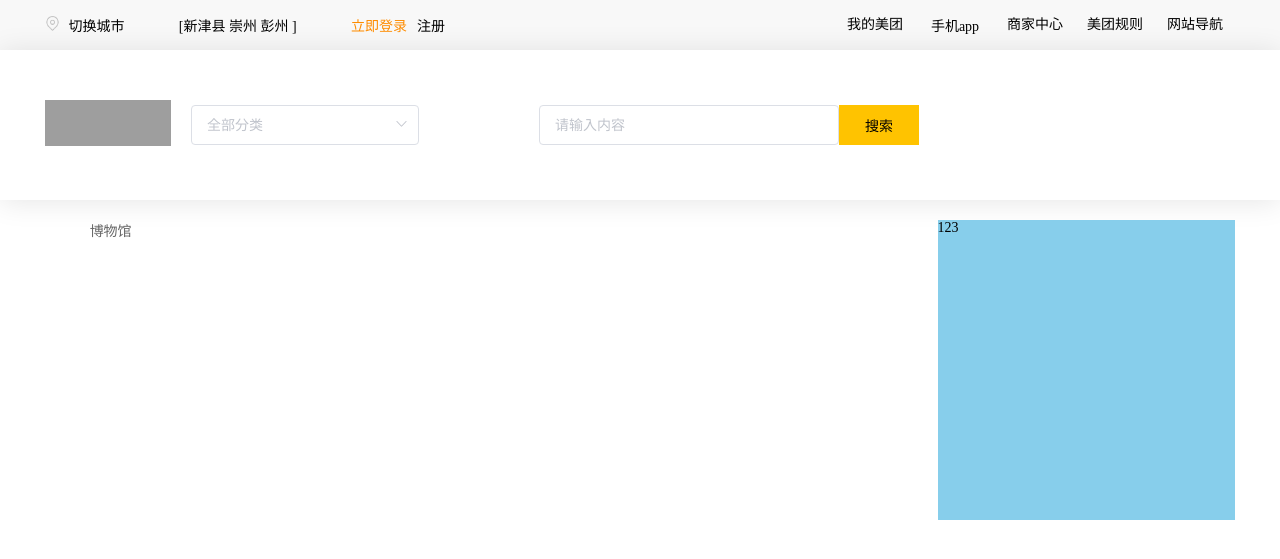
Repository: jinggegeZ/-
Page: /detail
An editor plug-in stored every save of this project. The page is shown before and after the next save, followed by the edit.
The browser window is 1280 px wide. The pictures show the whole page.
Pictures or frames that could not be fetched are drawn as grey boxes. The page's requests for data from a server got no answer. The project was rebuilt for these pictures with package versions that can differ from the ones it lists, and the page was loaded fresh each time. No one was signed in, and anything a server would have sent is missing. Also part of the build but not shown: vue.config.js, src/components/Navigation/Navigation.vue, src/components/navbox/navbox.vue, src/components/Sty/Sty.vue, src/views/Home.vue.

Above is the page before, as saved 2020-08-24 16:21:07.

### public/index.html
<!DOCTYPE html>
<html lang="en">
  <head>
    <meta charset="utf-8">
    <meta http-equiv="X-UA-Compatible" content="IE=edge">
    <meta name="viewport" content="width=device-width,initial-scale=1.0">
    <link rel="icon" href="<%= BASE_URL %>favicon.ico">
    <title><%= htmlWebpackPlugin.options.title %></title>
  </head>
  <body>
    <script src="//at.alicdn.com/t/font_2017422_ck56kzje6p4.js"></script>
    <noscript>
      <strong>We're sorry but <%= htmlWebpackPlugin.options.title %> doesn't work properly without JavaScript enabled. Please enable it to continue.</strong>
    </noscript>
    <div id="app"></div>
    <!-- built files will be auto injected -->
  </body>
</html>

### src/App.vue
<template>
  <div id="app">
    <router-view/>
  </div>
</template>

<style lang="scss">
@import '../src/style/style';
</style>

### src/views/detail/detail.vue
<template>
  <div>
    <!-- 头部组件 -->
    <top></top>
    <!-- 详情头部信息包含美团及搜索部分 -->
    <div class="topboxdetail">
      <div class="top">

        <div class="detail-topbox">
          <!-- 美团详情 -->
          <div class="detail-topbox-left">
            <div>
              <img
                class="detail-topbox-leftimg"
                src="//s0.meituan.net/bs/fe-web-meituan/fa5f0f0/img/logo.png"
                alt
              />
            </div>
            <div class="detail-topbox-leftbox">
              <el-select v-model="value" placeholder="全部分类">
                <el-option
                  v-for="item in menu"
                  :key="item.id"
                  :label="item.label"
                  :value="item.name"
                >
                  <span style="float: left" v-if="Array.isArray(item.name)">
                    <span v-for="(item1,index1) in item.name" :key="index1">
                      <span
                        ref="changes"
                        @mouseenter="changeItem(item1)"
                        @mouseleave="deleteitem(item1)"
                        @click="choseitem1(item1)"
                      >{{item1}}</span>
                      <span v-if="index1 !==  item.name.length-1">/</span>
                    </span>
                  </span>
                  <span
                    class="hover"
                    style="float: left"
                    v-else
                    @click="choseitem(item)"
                  >{{ item.name }}</span>
                  <span style="float: right; color: #8492a6; font-size: 13px">{{ item.value }}</span>
                </el-option>
              </el-select>
            </div>
          </div>
          <!-- 搜索及相关搜索 -->
          <div class="detail-topbox-right">
            <div>
              <el-input placeholder="请输入内容" v-model="input" clearable></el-input>
            </div>
            <div class="detail-topbox-rightbox">搜索</div>
          </div>
        </div>

      </div>
    </div>
    <!-- 详情中间详细部分 -->
    <div class="topbox2">
        <div class="top">
            <div class="detail-navbox">
            <!-- 左边部分 -->
            <div class="detail-navbox-left">
                <!-- 面包屑 -->
                <div class="crumbs"><div class="crumbs-box">博物馆</div></div>
                <div></div>
            </div>
            <!-- 右边地图部分 -->
            <div class="detail-navbox-right">123</div>
        </div>
        </div>

    </div>
  </div>
</template>

<script>
import top from "../../components/top/top";
export default {
  name: "",
  props: {},
  components: {
    top,
  },
  data() {
    return {
      city: "",
      menu: [],
      value: "",
      input: "",
    };
  },
  methods: {
    //   鼠标移入事件
    changeItem(item) {
      Array.from(this.$refs.changes).map((item1) => {
        if (item1.innerText === item) {
          item1.style.color = "orange";
        }
      });
    },
    //鼠标移出事件
    deleteitem(item) {
      Array.from(this.$refs.changes).map((item1) => {
        if (item1.innerText === item) {
          item1.style.color = "#000";
        }
      });
    },
    //点击事件
    choseitem1(item1) {
      console.log(item1);
    },
    //点击事件
    choseitem(item) {
      console.log(item.name);
    },
  },
  mounted() {
    this.$api
      .getall()
      .then((res) => {
        if (res.code === 200) {
          this.menu = res.data.menu;
          this.menu.map((item) => {
            if (item.name.includes("/")) {
              item.name = item.name.split("/");
              console.log(item.name);
            }
          });
          console.log(this.menu);
        }
      })
      .catch((err) => {});
  },
  watch: {},
  computed: {},
};
</script>

<style scoped lang='scss'>
</style>

### src/components/top/top.vue
<template>
  <div class="topbox">
    <div class="top">
      <div class="top1">
        <div class="leftbox">
          <div>
            <img class="leftboximg" src="../../../public/image/pos.png" alt /> <span class="spans" @click="gocity">{{this.city}}</span>
             <span class="spans1">切换城市</span>
          </div>
          <div>[<span class="spans">新津县</span> <span class="spans">崇州</span> <span class="spans">彭州</span> ]</div>
          <div class="user" v-if="this.user">
            <div class="rightnow" >{{user}}</div>
            <div @click="loginout">退出</div>
          </div>
          <div class="user" v-else>
            <div class="rightnow" @click="gologin">立即登录</div>
            <div>注册</div>
          </div>
        </div>
        <div class="rightbox">
          <div class="rightbox1">
            <div class="postion">我的美团</div>
            <div class="rightbox2">
              <div class="rightbox3">我的订单</div>
              <div class="rightbox3">我的收藏</div>
              <div class="rightbox3">抵用券</div>
              <div class="rightbox3">美团设置</div>
            </div>
          </div>

          <div class="rightbox1">手机app</div>
          <div class="rightbox1">
            <div class="postion">商家中心</div>
            <div class="rightbox2">
              <div class="rightbox4">美团餐饮用户中心</div>
              <div class="rightbox4">登录商家中心</div>
              <div class="rightbox4">美团智能收银</div>
              <div class="rightbox4">我想合作</div>
              <div class="rightbox4">手机免费开店</div>
              <div class="rightbox4">餐饮代理商招募</div>
              <div class="rightbox4">商家申请开票</div>
              <div class="rightbox4">免费合作美团排队</div>
            </div>
          </div>
          <div class="rightbox1">
            <div class="postion">美团规则</div>
            <div class="rightbox2">
              <div class="rightbox3">规则中心</div>
              <div class="rightbox3">规则目录</div>
              <div class="rightbox3">规则评议院</div>
            </div>
          </div>
          <div class="rightbox1">
            <div class="postion">网站导航</div>
            <div class="rightbox2">
              <div class="rightbox5">
                <div class="rightbox6">
                  <div class="rightbox6-1">
                    <div class="rightbox6-1-1">酒店旅游</div>
                    <div class="rightbox6-1-2">.
                        <div class="rightbox6-1-2-1">
                            <div>国际机票</div>
                            <div>火车票</div>
                            <div>民宿</div>
                        </div>
                        <div class="rightbox6-1-2-1">
                            <div>经济型酒店</div>
                            <div>主题酒店</div>
                            <div>商务酒店</div>
                        </div>
                        <div class="rightbox6-1-2-1">
                            <div>公寓</div>
                            <div>豪华酒店</div>
                            <div>客栈</div>
                        </div>
                        <div class="rightbox6-1-2-1">
                            <div>青年旅社</div>
                            <div>度假酒店</div>
                            <div>别墅</div>
                        </div>
                        <div class="rightbox6-1-2-2">
                            <div>农家院</div>
                        </div>

                    </div>
                  </div>
                  <div class="rightbox6-2">
                    <div class="rightbox6-2-1">吃美食</div>
                    <div class="rightbox6-2-1-1">
                        <div class="rightbox6-1-2-1">
                            <div>烤鱼</div>
                            <div>特色小吃</div>

                        </div>
                        <div class="rightbox6-1-2-1">
                            <div>烧烤</div>
                            <div>自助餐</div>

                        </div>
                        <div class="rightbox6-1-2-1">
                            <div>火锅</div>
                            <div>代金券</div>
                        </div>




                    </div>
                  </div>
                  <div class="rightbox6-2">
                    <div class="rightbox6-2-1">看电影</div>
                    <div class="rightbox6-2-1-1">
                        <div class="rightbox6-2-1-1-font">热映电影</div>
                        <div class="rightbox6-2-1-1-font">热门电影</div>
                        <div class="rightbox6-2-1-1-font">热映电影口碑榜</div>
                        <div class="rightbox6-2-1-1-font">最受期待电影</div>
                        <div class="rightbox6-2-1-1-font">国内票房榜</div>
                        <div class="rightbox6-2-1-1-font">北美票房榜</div>
                        <div class="rightbox6-2-1-1-font">电影排行榜</div>

                    </div>
                  </div>
                  <div class="rightbox6-3">
                  <div class="rightbox6-3-1">手机应用</div>
                    <div class="rightbox6-3-1-1">
                        <div class="rightbox6-3-1-1-1">
                            <div><img class="rightbox6-3-1-1-1-img" src="//s0.meituan.net/bs/fe-web-meituan/2d53095/img/appicons/meituan.png" alt=""></div>
                            <div><img class="rightbox6-3-1-1-1-img" src="//s1.meituan.net/bs/fe-web-meituan/404d350/img/appicons/waimai.png" alt=""></div>
                            <div><img class="rightbox6-3-1-1-1-img" src="https://p0.meituan.net/travelcube/162c3308d9622f6d9cfaa49e60be4dca8573.png" alt=""></div>
                            <div><img class="rightbox6-3-1-1-1-img" src="//s1.meituan.net/bs/fe-web-meituan/404d350/img/appicons/dianping.png" alt=""></div>
                            <div><img class="rightbox6-3-1-1-1-img" src="//s1.meituan.net/bs/fe-web-meituan/404d350/img/appicons/maoyan.png" alt=""></div>
                        </div>
                    </div>
                  </div>
                </div>
              </div>
            </div>
          </div>
        </div>
      </div>
    </div>
  </div>
</template>

<script>
export default {
  name: "",
  props: {

  },
  components: {},
  data() {
    return {
      user:'',
      city:""
    };
  },
  methods: {
    // 去往城市页面
    gocity(){
      this.$router.push('/city')
    },
    //点击去往登录页
    gologin(){
      this.$router.push('/login')
    },
    //退出登录
    loginout(){
      localStorage.removeItem('username')
      this.mounted()
    }
  },
  mounted() {
    //获取用户信息
    if(localStorage){
      this.user = localStorage.getItem('username')
    }
    console.log(localStorage.getItem('username'));
       //获取城市
    this.$api
      .getposition()
      .then((res) => {
        this.city = JSON.parse(res.data).city;
      })
      .catch((err) => {});
  },
  watch: {},
  computed: {},
};
</script>

<style scoped lang='scss'>
</style>

Loaded but not shown: src/store/index.js (common file); src/http/api.js (41 lines, source omitted); src/router/index.js (46 lines, source omitted); src/main.js (16 lines, source omitted); src/http/index.js (15 lines, source omitted); src/style/style.css (1312 lines, source omitted)

After the next save:
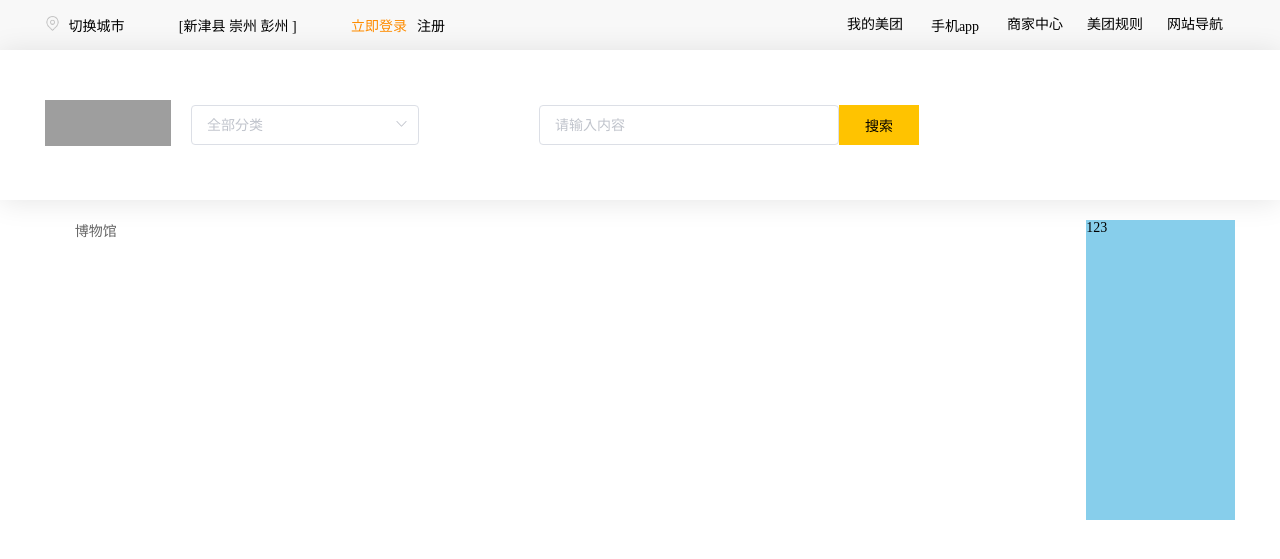
Saved 56 s later.
--- a/src/views/detail/detail.vue
+++ b/src/views/detail/detail.vue
@@ -61,10 +61,11 @@
     <div class="topbox2">
         <div class="top">
             <div class="detail-navbox">
+            <!-- 面包屑 -->
+                <div class="crumbs"><div class="crumbs-box">博物馆</div></div>
             <!-- 左边部分 -->
             <div class="detail-navbox-left">
-                <!-- 面包屑 -->
-                <div class="crumbs"><div class="crumbs-box">博物馆</div></div>
+
                 <div></div>
             </div>
             <!-- 右边地图部分 -->
